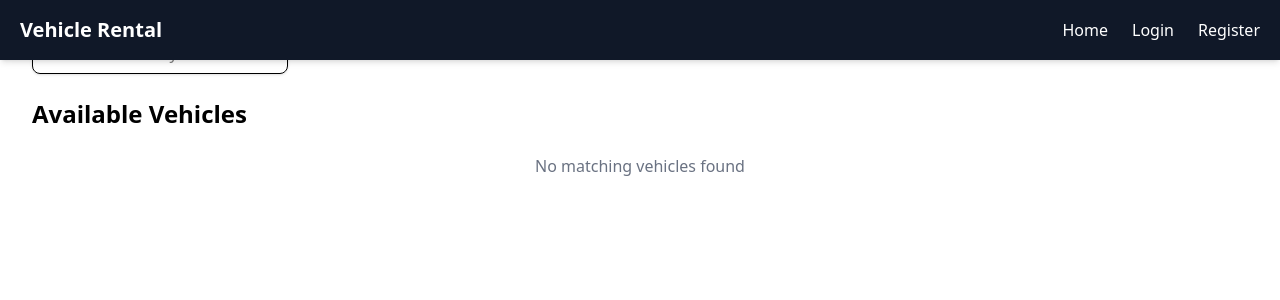
Repository: Sugan-g/vehicle-rental-system
Page: / (app in frontend/)
These files come from the project's save history. The page is drawn as it stood at one moment and after the next save; the edit follows.
The browser window is 1280 px wide. The pictures show the whole page.
The page's requests for data from a server got no answer. The project was rebuilt for these pictures with package versions that can differ from the ones it lists, and the page was loaded fresh each time. No one was signed in, and anything a server would have sent is missing. Also part of the build but not shown: frontend/vite.config.js, frontend/src/components/VehicleCard.jsx, frontend/src/components/BookingForm.jsx, frontend/src/components/ReviewForm.jsx, frontend/src/pages/VehiclePage.jsx, frontend/src/pages/LoginPage.jsx, frontend/src/pages/RegisterPage.jsx, frontend/src/pages/RentalHistoryPage.jsx and 7 more.

Above is the page before, as saved 2025-11-17 10:48:11.

After the next save:
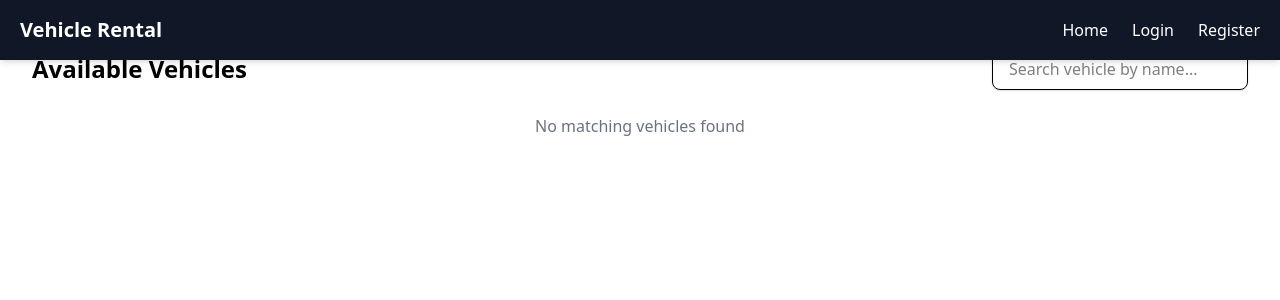
Saved 2 min 19 s later.
--- a/frontend/src/pages/HomePage.jsx
+++ b/frontend/src/pages/HomePage.jsx
@@ -13,7 +13,7 @@ export default function HomePage() {
             try {
                 const res = await API.get("/vehicles");
                 setVehicles(res.data);
-                setFilteredVehicles(res.data); // initial load
+                setFilteredVehicles(res.data);
             } catch (error) {
                 console.error("Error fetching vehicles:", error);
             } finally {
@@ -24,7 +24,7 @@ export default function HomePage() {
         fetchVehicles();
     }, []);
 
-    // 🔍 Safe filtering (prevents undefined errors)
+    // Safe filtering (avoids undefined errors)
     useEffect(() => {
         const result = vehicles.filter((v) => {
             const name = (v?.name || "").toString().toLowerCase();
@@ -46,8 +46,10 @@ export default function HomePage() {
     return (
         <div className="max-w-7xl mx-auto px-4 sm:px-6 lg:px-8 py-8">
 
-            {/* 🔍 Search Box */}
-            <div className="flex justify-center md:justify-start mb-6">
+            {/* Title + Search beside each other */}
+            <div className="flex flex-col md:flex-row md:items-center md:justify-between pt-4 mb-6">
+                <h1 className="text-2xl font-bold mb-4 md:mb-0">Available Vehicles</h1>
+
                 <input
                     type="text"
                     placeholder="Search vehicle by name..."
@@ -57,11 +59,7 @@ export default function HomePage() {
                 />
             </div>
 
-            <h1 className="text-2xl font-bold mb-6 text-center md:text-left">
-                Available Vehicles
-            </h1>
-
-            {/* No results found */}
+            {/* No results */}
             {!filteredVehicles.length ? (
                 <p className="text-center text-gray-500">No matching vehicles found</p>
             ) : (
